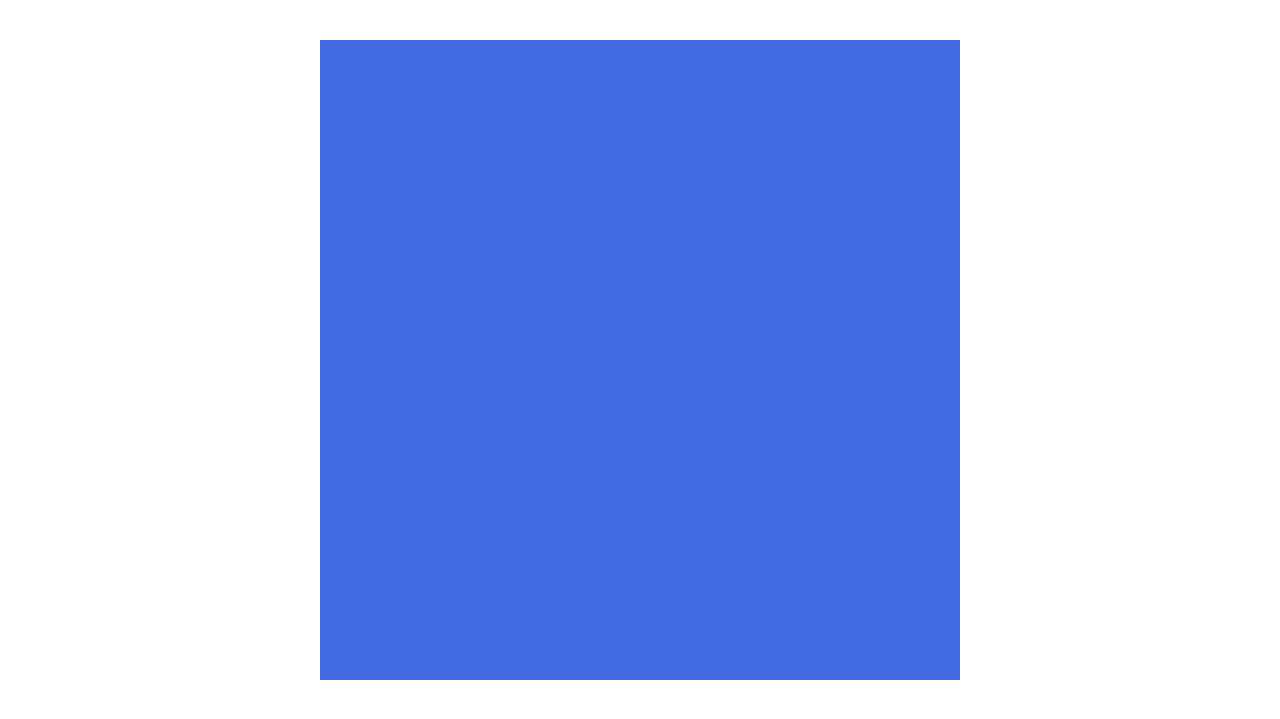
Repository: baumanmilosz/tictactoe
Page: index.html
The author's editor kept a copy of each file at every save. The page is drawn from the files as they stood at one save, then again after the next save.
The browser window is 1280 px wide. The pictures show the whole page.

Above is the page before, as saved 2019-02-21 16:16:30.

### index.html
<!DOCTYPE html>
<html lang="en">

<head>
  <meta charset="UTF-8">
  <meta name="viewport" content="width=device-width, initial-scale=1.0">
  <meta http-equiv="X-UA-Compatible" content="ie=edge">
  <link rel="stylesheet" href="./style.css">
  <title>Tic Tac Toe</title>
</head>

<body>
  <div class="board">
    <div class="box"></div>
    <div class="box yellow"></div>
    <div class="box green"></div>
    <div class="box"></div>
    <div class="box"></div>
    <div class="box"></div>
    <div class="box"></div>
    <div class="box"></div>
    <div class="box"></div>
  </div>

  <script src="./script.js"></script>
</body>

</html>

### style.css
* {
  margin: 0;
  padding: 0;
  box-sizing: border-box;
}

html {
  font-size: 10px;
}

body {
  position: relative;
  height: 100vh;
  /* background-color: blue; */
}

.board {
  display: flex;
  position: absolute;
  left: 50%;
  top: 50%;
  transform: translate(-50%, -50%);
  width: 50vw;
  height: 50vw;
  background-color: royalblue;
}

.box {
  widht: 33%;
  height: 33%;
  flex-wrap: wrap;
  background-color: rosybrown;
}

.box.yellow {
  background-color: red;
}

Loaded but not shown: script.js (no copy from this time; the picture is the same without it)

After the next save:
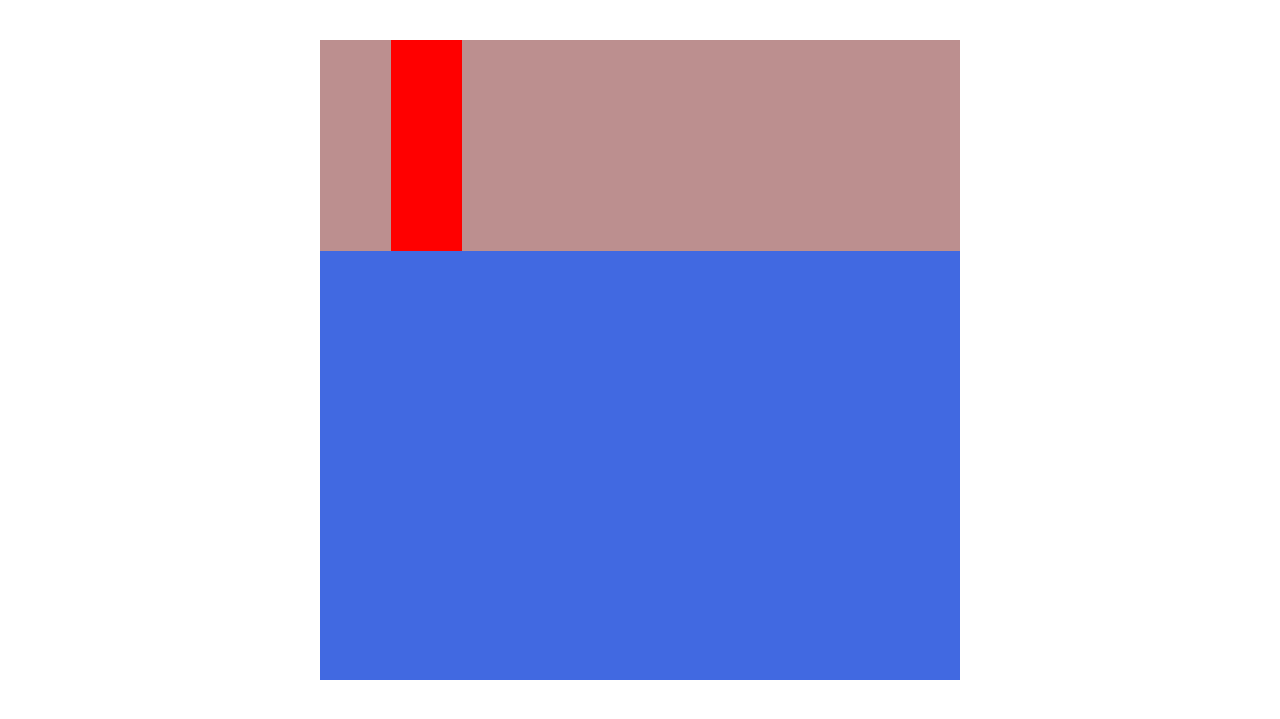
Saved 5 s later.
--- a/style.css
+++ b/style.css
@@ -26,7 +26,7 @@
 }
 
 .box {
-  widht: 33%;
+  width: 33%;
   height: 33%;
   flex-wrap: wrap;
   background-color: rosybrown;
